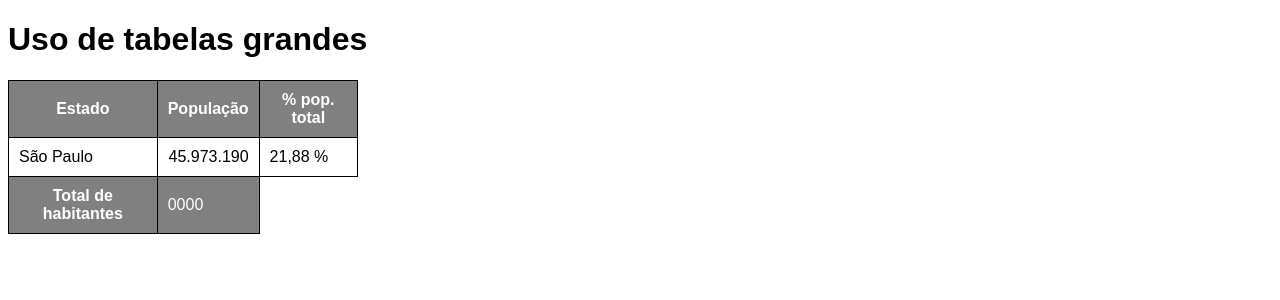
Repository: railsondev/html-css
Page: Módulo3/Exercicios/Ex02 - Tabelas/tabela002.html
An editor plug-in stored every save of this project. The page is shown before and after a run of saves, followed by the edit.
The browser window is 1280 px wide. The pictures show the whole page.

Above is the page before, as saved 2024-10-18 18:09:59.

After the next 2 saves:
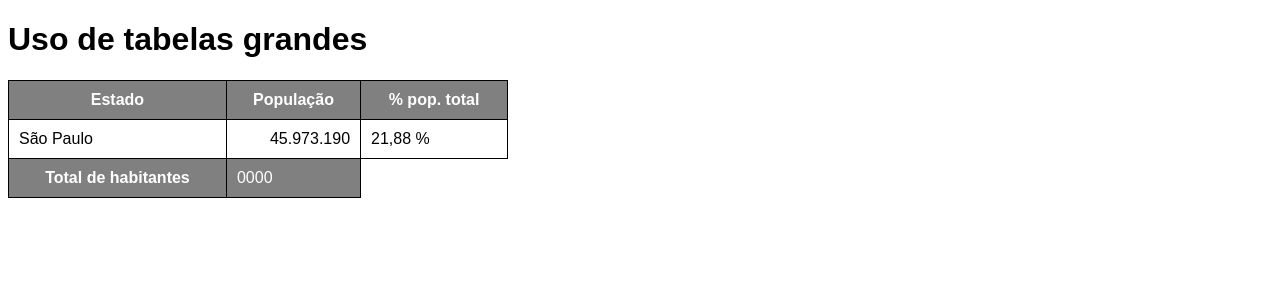
The 2 saves are shown as one change because they came seconds apart.
The last was saved 43 s later.
--- a/Módulo3/Exercicios/Ex02 - Tabelas/src/css/estilo01.css
+++ b/Módulo3/Exercicios/Ex02 - Tabelas/src/css/estilo01.css
@@ -12,7 +12,7 @@ body {
 }
 
 table {
-  width: 350px;
+  width: 500px;
   border-collapse: collapse;
 }
 td, th {
